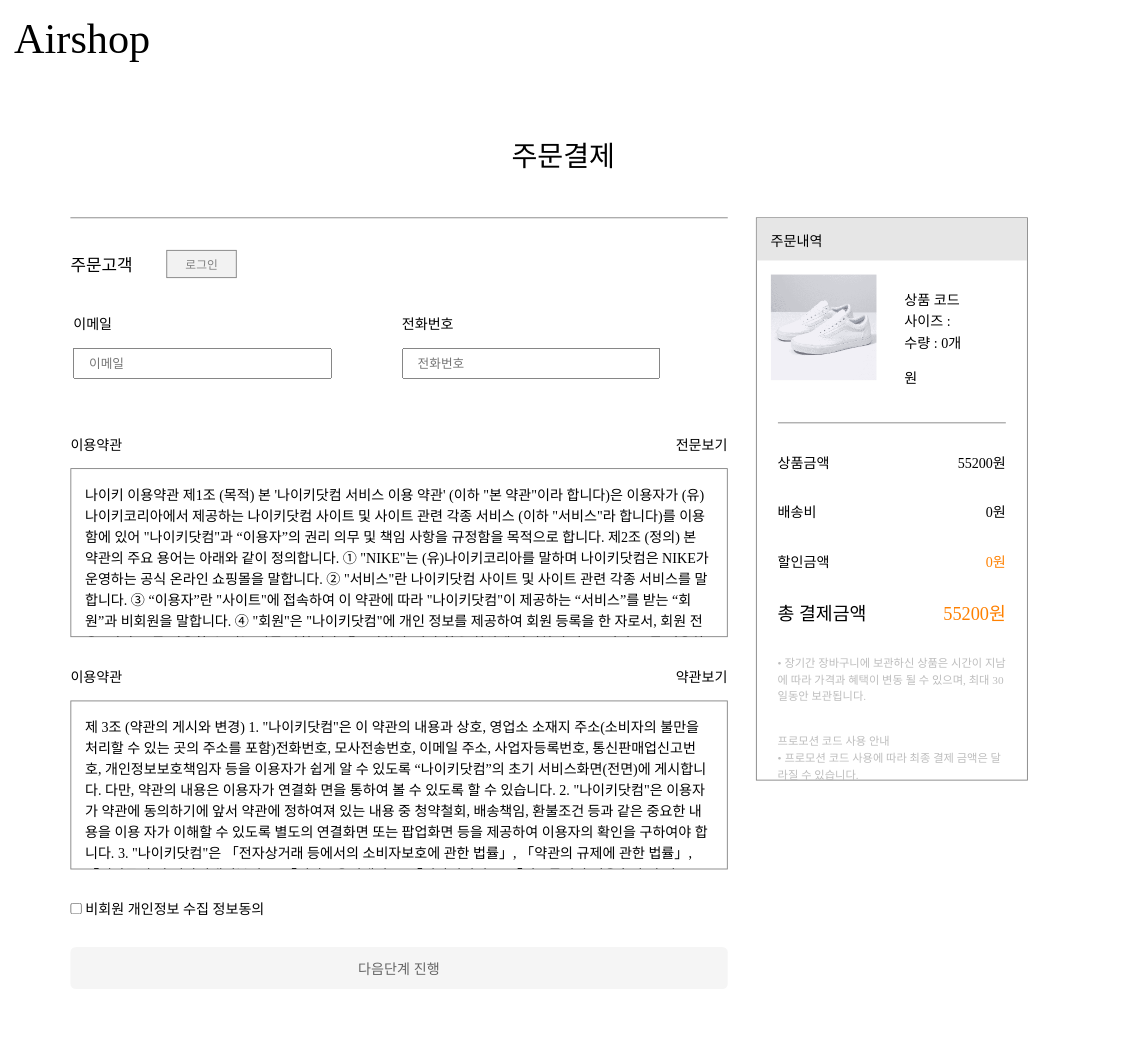
Repository: seungsu12/carrot
Page: http://localhost/carrot/orderform.jsp
The author's editor kept a copy of each file at every save. The page is drawn from the files as they stood at one save, then again after the next save.
The browser window is 1280 px wide. The pictures show the whole page, at 88% of full size.
The page is served by Tomcat 9. Queries for data that is not in the repository find no rows.

Above is the page before, as saved 2021-10-01 10:35:24.

After the next save:
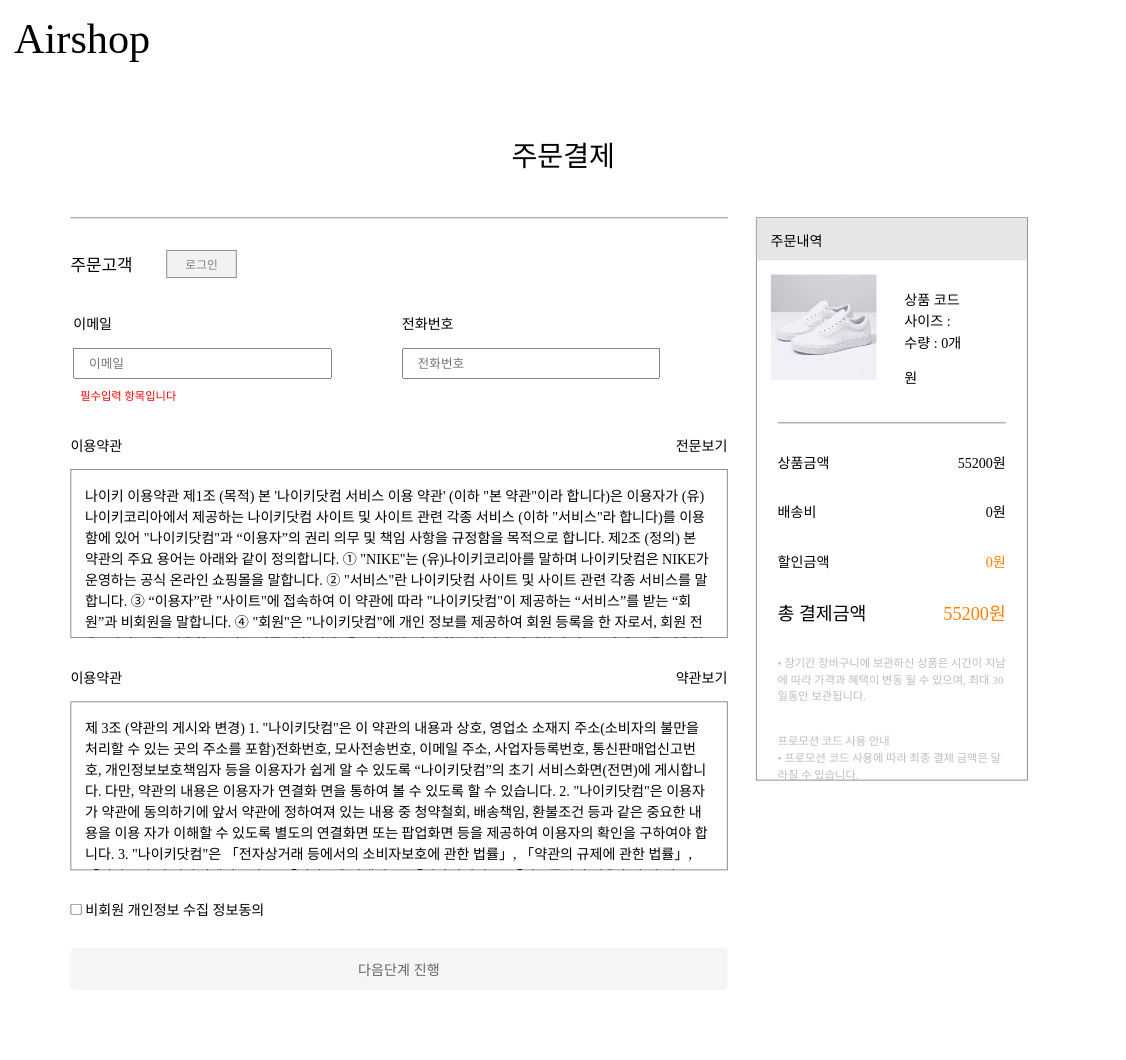
Console error: TypeError: Failed to execute 'addEventListener' on 'EventTarget': parameter 2 is not of type 'Object'.
Saved 7 min 51 s later.
--- a/carrot/WebContent/orderform.jsp
+++ b/carrot/WebContent/orderform.jsp
@@ -187,6 +187,8 @@
 		const submit_button = document.querySelector(".order_submit_button");
 		const checkbox = document.getElementById('order_checkbox');
 
+		submit_button.addEventListener('click',check_email());
+		submit_button.addEventListener('click',check_pnum());
 
 		checkbox.addEventListener('click', () =>{
 			if(checkbox.checked){

After the 4 saves that followed:
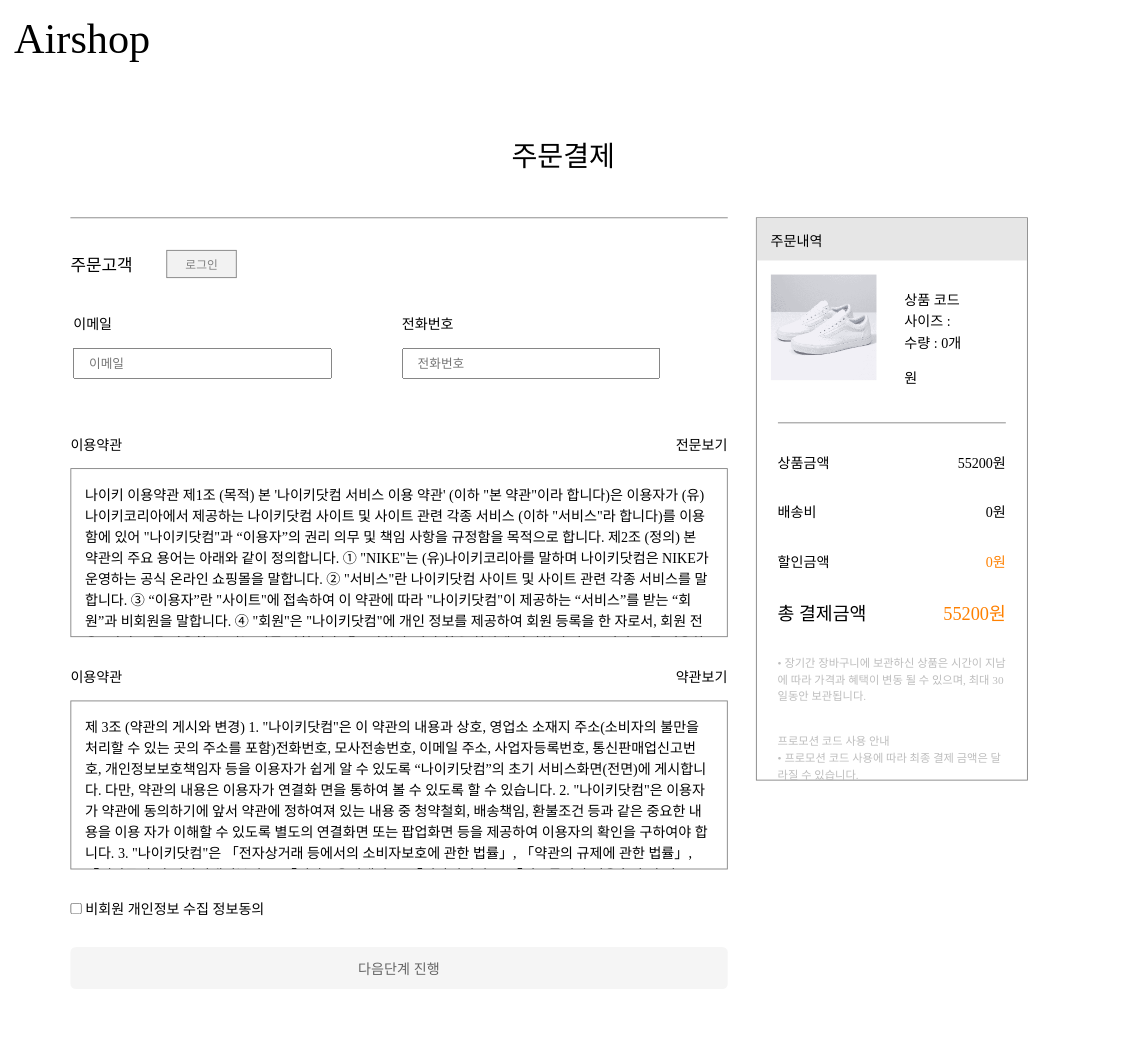
The 4 saves are shown as one change because 2 left the picture as it was and some came seconds apart.
The last was saved 14 min 23 s later.
--- a/carrot/WebContent/orderform.jsp
+++ b/carrot/WebContent/orderform.jsp
@@ -122,7 +122,7 @@
 					<label for="order_checkbox">비회원 개인정보 수집 정보동의</label>
 				</div>
 				<div class="order_submit_wrapper order_main_content">
-					<button class="order_submit_button" onclick="check_email();check_pnum();">다음단계 진행</button>
+					<button class="order_submit_button" onclick="">다음단계 진행</button>
 				</div>
 			</div>
 
@@ -187,8 +187,8 @@
 		const submit_button = document.querySelector(".order_submit_button");
 		const checkbox = document.getElementById('order_checkbox');
 
-		submit_button.addEventListener('click',check_email());
-		submit_button.addEventListener('click',check_pnum());
+		submit_button.addEventListener('click','check_email()');
+		/* submit_button.addEventListener('click',check_pnum()); */
 
 		checkbox.addEventListener('click', () =>{
 			if(checkbox.checked){
